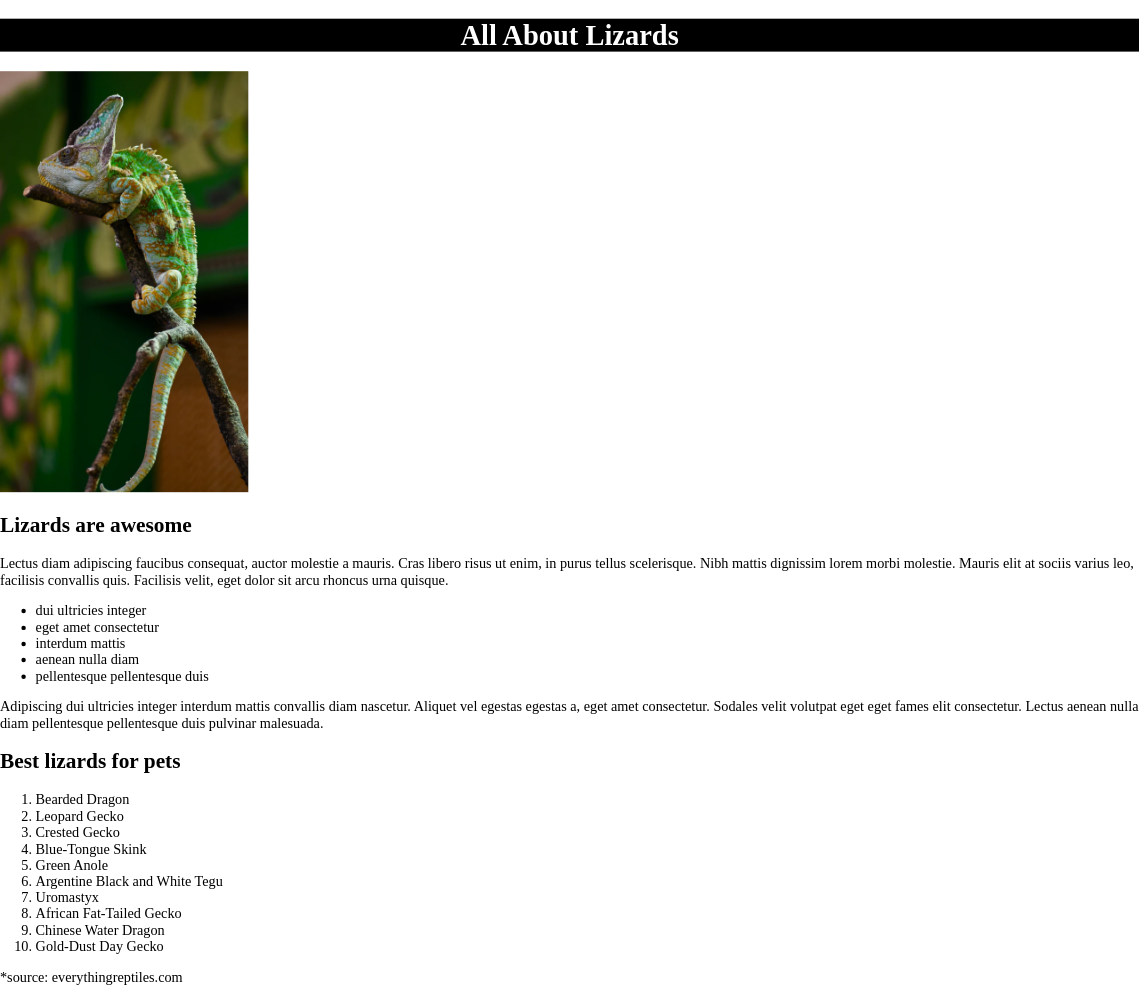
Repository: Doumham-Armah/lizards-landing--page
Page: index.html
The author's editor kept a copy of each file at every save. The page is drawn from the files as they stood at one save, then again after the next save.
The browser window is 1280 px wide. The pictures show the whole page, at 89% of full size.

Above is the page before, as saved 2021-08-10 13:30:11.

### index.html
<!DOCTYPE html>
<html>
  <head>
    <link
      rel="stylesheet"
      href="https://cdnjs.cloudflare.com/ajax/libs/normalize/8.0.1/normalize.css"
    />
    <title>All about lizards</title>
    <link href="css/style.css" rel="stylesheet" />
  </head>
  <body>
    <header>
      <h1>All About Lizards</h1>
    </header>

    <main>
      <section class="main-content">
        <img src="images/chameleon.jpg" alt="a chameleon climbing a branch" />

        <h2>Lizards are awesome</h2>
        <p>
          Lectus diam adipiscing faucibus consequat, auctor molestie a mauris.
          Cras libero risus ut enim, in purus tellus scelerisque. Nibh mattis
          dignissim lorem morbi molestie. Mauris elit at sociis varius leo,
          facilisis convallis quis. Facilisis velit, eget dolor sit arcu rhoncus
          urna quisque.
        </p>

        <!-- insert the unordered list here -->
        <ul>
          <li>dui ultricies integer</li>
          <li>eget amet consectetur</li>
          <li>interdum mattis</li>
          <li>aenean nulla diam</li>
          <li>pellentesque pellentesque duis</li>
        </ul>

        <p>
          Adipiscing dui ultricies integer interdum mattis convallis diam
          nascetur. Aliquet vel egestas egestas a, eget amet consectetur.
          Sodales velit volutpat eget eget fames elit consectetur. Lectus aenean
          nulla diam pellentesque pellentesque duis pulvinar malesuada.
        </p>
      </section>

      <aside class="sidebar">
        <h2>Best lizards for pets</h2>
        <!-- insert the ordered list here -->
        <ol>
          <li>Bearded Dragon</li>
          <li>Leopard Gecko</li>
          <li>Crested Gecko</li>
          <li>Blue-Tongue Skink</li>
          <li>Green Anole</li>
          <li>Argentine Black and White Tegu</li>
          <li>Uromastyx</li>
          <li>African Fat-Tailed Gecko</li>
          <li>Chinese Water Dragon</li>
          <li>Gold-Dust Day Gecko</li>
        </ol>
        <p>*source: everythingreptiles.com</p>
      </aside>
    </main>
  </body>
</html>

### css/style.css
body {
  margin: 0;
}

h1 {
  background-color: black;
  color: white;
  text-align: center;
}

After the next save:
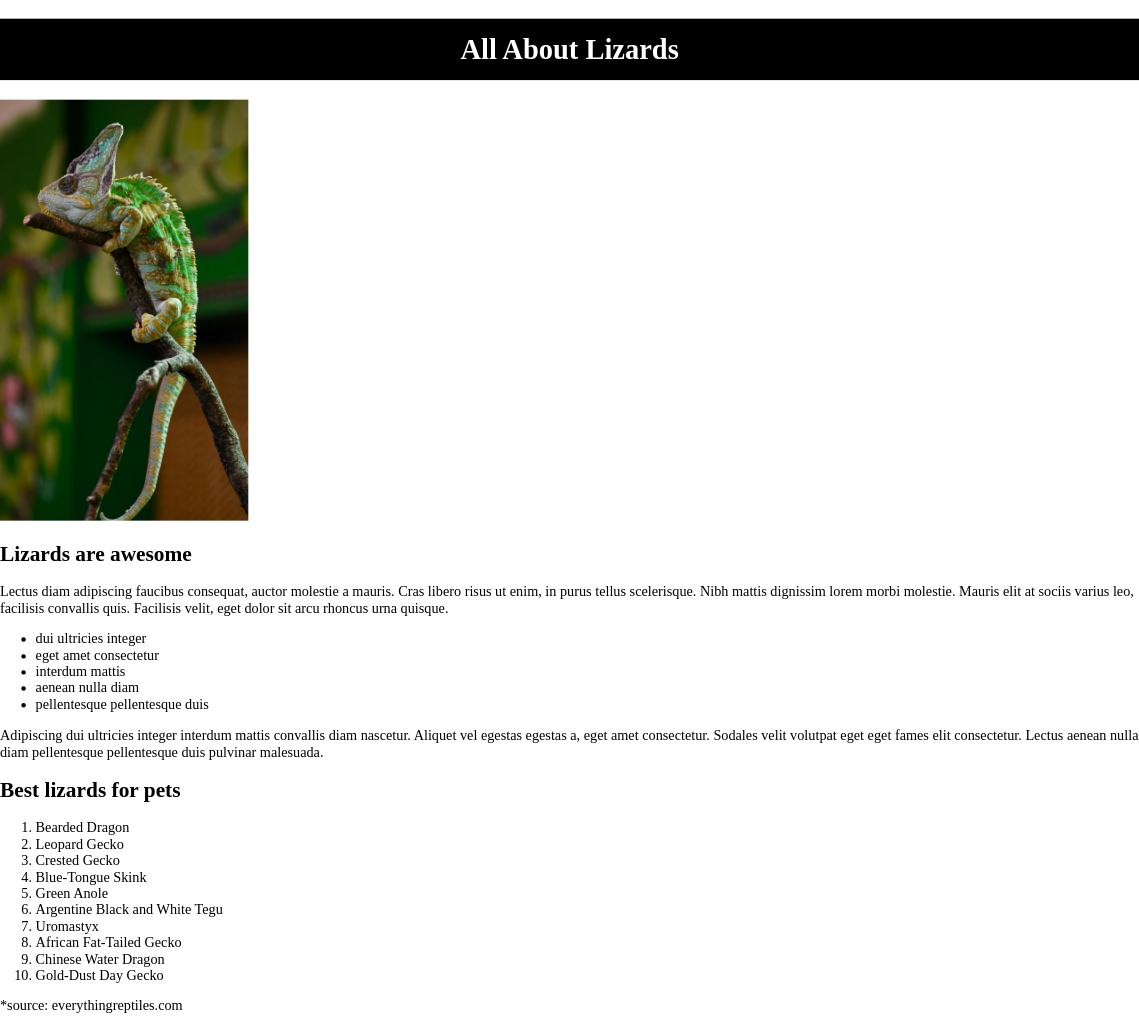
Saved 22 s later.
--- a/css/style.css
+++ b/css/style.css
@@ -6,4 +6,5 @@ h1 {
   background-color: black;
   color: white;
   text-align: center;
+  padding: 1rem 0rem;
 }
